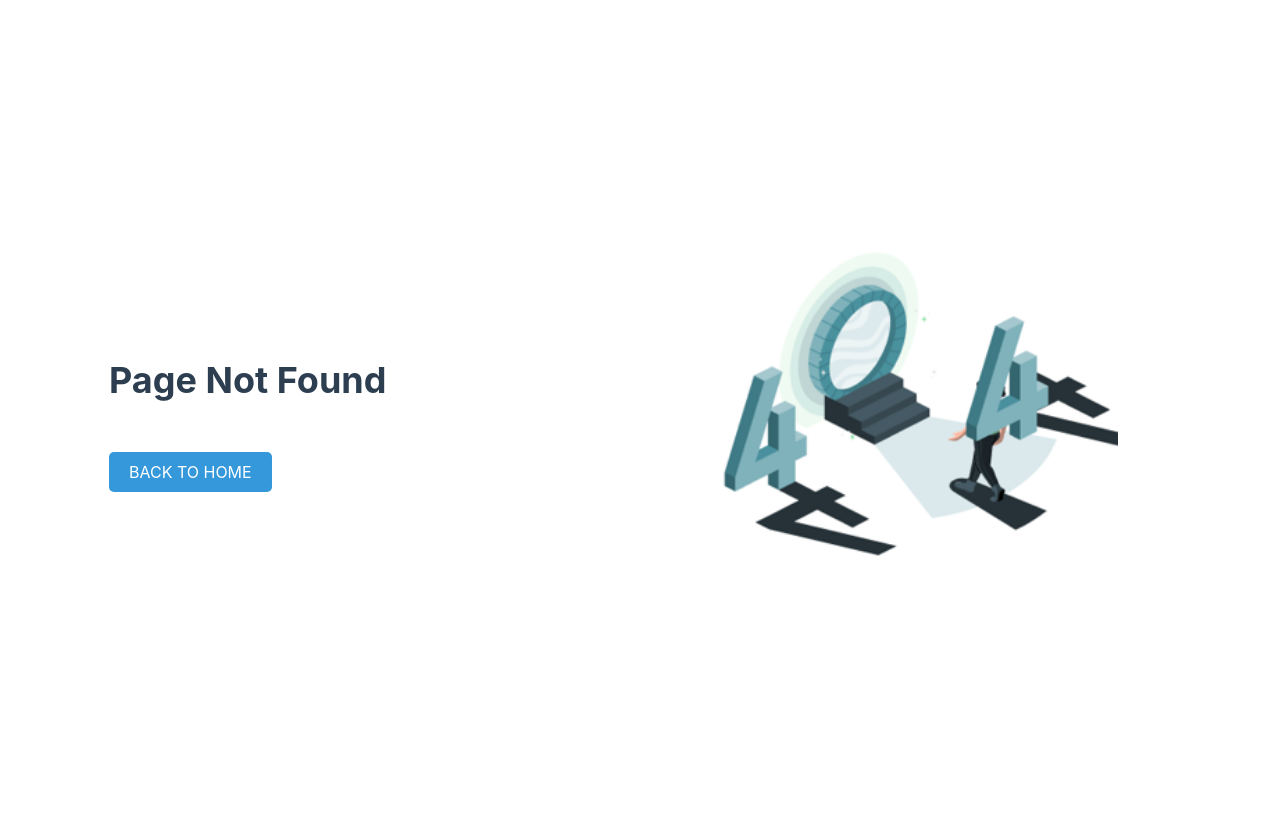
Repository: sarramz/ProjetBI-AI-dev
Page: /1
The author's editor kept a copy of each file at every save. The page is drawn from the files as they stood at one save, then again after the next save.
The browser window is 1280 px wide. The pictures show the whole page.
The project was rebuilt for these pictures with package versions that can differ from the ones it lists, and the page was loaded fresh each time. Also part of the build but not shown: vite.config.js.

Above is the page before, as saved 2025-02-23 10:28:40.

### src/App.jsx
import React from "react";
import { BrowserRouter as Router, Routes, Route } from "react-router-dom";
import NotFoundPage from "./pages/NotFoundPage.jsx";

const Home = () => <h1 className="text-4xl text-center mt-10">Bienvenue sur la page d'accueil</h1>;

const App = () => {
  return (
    <Router>
      <Routes>
        <Route path="/" element={<Home />} />
        <Route path="*" element={<NotFoundPage />} />
      </Routes>
    </Router>
  );
};

export default App;

### src/pages/NotFoundPage.jsx
import React from "react";
import "./style.css"; // Assure-toi que ce fichier existe
import image404 from "/image.png"; // Image située dans `public/`

export default function NotFoundPage() {
  return (
    <div className="not-found-container">
      <div className="text-container">
        <h2>Page Not Found</h2>
        <a href="/" className="back-button">BACK TO HOME</a>
      </div>
      <div className="image-container">
        <img src={image404} alt="404 Illustration" />
      </div>
    </div>
  );
}

### src/pages/style.css
.not-found-container {
  display: flex;
  align-items: center;
  justify-content: space-between;
  padding: 50px;
  height: 100vh;
}

.text-container {
  flex: 1;
  text-align: left;
  padding-left: 5%;
}

.text-container h2 {
  font-size: 36px;
  color: #2c3e50;
}

.back-button {
  display: inline-block;
  margin-top: 20px;
  padding: 10px 20px;
  background-color: #3498db;
  color: white;
  text-decoration: none;
  border-radius: 5px;
}

.back-button:hover {
  background-color: #2980b9;
}

.image-container {
  flex: 1;
  display: flex;
  justify-content: center;
  padding-right: 5%;
}

.image-container img {
  width: 80%;
  max-width: 500px;
}

Loaded but not shown: index.html (common file); src/main.jsx (common file); src/index.css (common file)

After the next save:
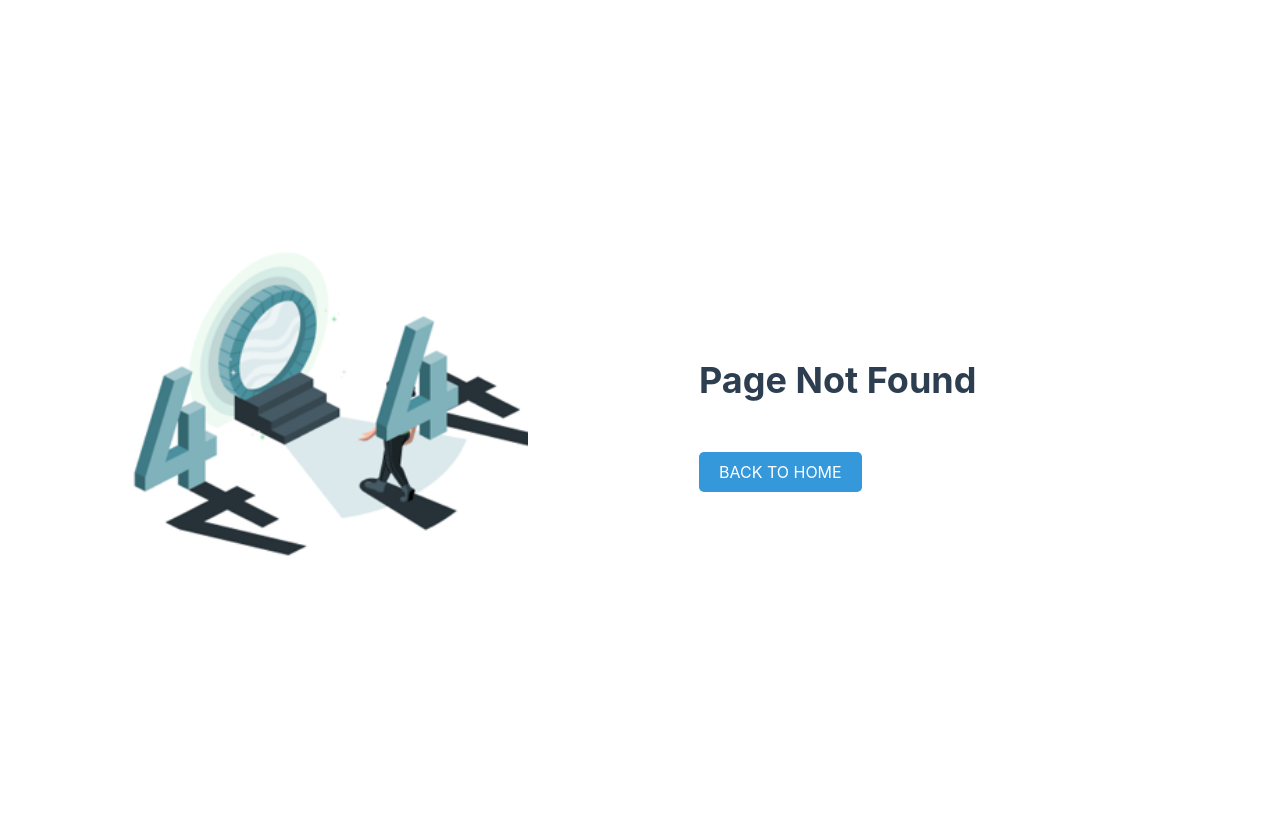
Saved 2 min 15 s later.
--- a/src/pages/NotFoundPage.jsx
+++ b/src/pages/NotFoundPage.jsx
@@ -1,17 +1,17 @@
 import React from "react";
 import "./style.css"; // Assure-toi que ce fichier existe
-import image404 from "/image.png"; // Image située dans `public/`
+import image404 from "/image.png"; // L'image doit être dans `public/`
 
 export default function NotFoundPage() {
   return (
     <div className="not-found-container">
+      <div className="image-container">
+        <img src={image404} alt="404 Illustration" />
+      </div>
       <div className="text-container">
         <h2>Page Not Found</h2>
         <a href="/" className="back-button">BACK TO HOME</a>
       </div>
-      <div className="image-container">
-        <img src={image404} alt="404 Illustration" />
-      </div>
     </div>
   );
 }
